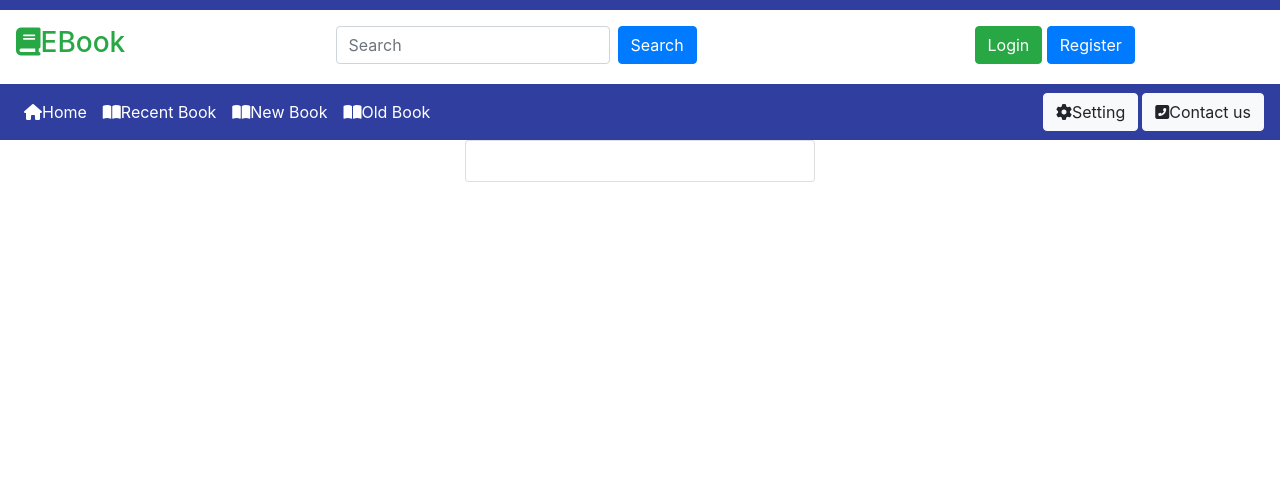
Repository: DaoThanhLam/eProjectKy4
Page: http://localhost/bookma_pro/login.jsp
An editor plug-in stored every save of this project. The page is shown before and after the next save, followed by the edit.
The browser window is 1280 px wide. The pictures show the whole page.
Some web libraries are served in a nearby version. The page is served by Tomcat 9.

Above is the page before, as saved 2024-11-16 07:12:06.

### bookma_pro/src/main/webapp/login.jsp
<%@ page language="java" contentType="text/html; charset=ISO-8859-1"
    pageEncoding="ISO-8859-1"%>
<!DOCTYPE html>
<html>
<head>
<meta charset="ISO-8859-1">
<title>Insert title here</title>
<%@include file="components/css.jsp"%>
</head>
<body>
<%@include file="components/navbar.jsp"%>

<div class="container">
	<div class="row">
		<div class="col-md-4 offset-md-4">
			<div class="card">
				<div class="card-body">
				</div>
			</div>
		</div>
	</div>
</div>


</body>
</html>

### bookma_pro/src/main/webapp/components/css.jsp
<link rel="stylesheet" href="https://cdn.jsdelivr.net/npm/bootstrap@4.3.1/dist/css/bootstrap.min.css" integrity="sha384-ggOyR0iXCbMQv3Xipma34MD+dH/1fQ784/j6cY/iJTQUOhcWr7x9JvoRxT2MZw1T" crossorigin="anonymous">

<script src="https://code.jquery.com/jquery-3.3.1.slim.min.js" integrity="sha384-q8i/X+965DzO0rT7abK41JStQIAqVgRVzpbzo5smXKp4YfRvH+8abtTE1Pi6jizo" crossorigin="anonymous"></script>

<script src="https://cdn.jsdelivr.net/npm/popper.js@1.14.7/dist/umd/popper.min.js" integrity="sha384-UO2eT0CpHqdSJQ6hJty5KVphtPhzWj9WO1clHTMGa3JDZwrnQq4sF86dIHNDz0W1" crossorigin="anonymous"></script>

<script src="https://cdn.jsdelivr.net/npm/bootstrap@4.3.1/dist/js/bootstrap.min.js" integrity="sha384-JjSmVgyd0p3pXB1rRibZUAYoIIy6OrQ6VrjIEaFf/nJGzIxFDsf4x0xIM+B07jRM" crossorigin="anonymous"></script>

<link rel="stylesheet" href="https://cdnjs.cloudflare.com/ajax/libs/font-awesome/6.6.0/css/all.min.css" integrity="sha512-Kc323vGBEqzTmouAECnVceyQqyqdsSiqLQISBL29aUW4U/M7pSPA/gEUZQqv1cwx4OnYxTxve5UMg5GT6L4JJg==" crossorigin="anonymous" referrerpolicy="no-referrer" />

<link rel="stylesheet" href="components/style.css">

### bookma_pro/src/main/webapp/components/navbar.jsp
<div class="container-fluid" style="height: 10px; background-color: #303f9f"></div>

<div class="container-fluid p-3">
	<div class="row" >
		<div class="col-md-3 text-success">
			<h3><i class="fas fa-book"></i>EBook</h3>
		</div>
		<div class="col-md-6">
	  		<form class="form-inline my-2 my-lg-0">
      			<input class="form-control mr-sm-2" type="search" placeholder="Search" aria-label="Search">
      			<button class="btn btn-primary my-2 my-sm-0" type="submit">Search</button>
    		</form>
		</div>

			<div class="col-md-3">
			<a href="login.jsp" class="btn btn-success">Login</a>
			<a href="register.jsp" class="btn btn-primary text-white">Register</a>
			</div>

	</div>
</div>

<nav class="navbar navbar-expand-lg navbar-dark bg-custom">
  <button class="navbar-toggler" type="button" data-toggle="collapse" data-target="#navbarSupportedContent" aria-controls="navbarSupportedContent" aria-expanded="false" aria-label="Toggle navigation">
    <span class="navbar-toggler-icon"></span>
  </button>

  <div class="collapse navbar-collapse" id="navbarSupportedContent">
    <ul class="navbar-nav mr-auto">
      <li class="nav-item active">
        <a class="nav-link" href="#">
        	<i class="fas fa-home"></i>Home <span class="sr-only">(current)</span>
        </a>
      </li>
      <li class="nav-item active">
        <a class="nav-link" href="#"><i class="fas fa-book-open"></i>Recent Book</a>
      </li>
      <li class="nav-item active">
        <a class="nav-link" href="#"><i class="fas fa-book-open"></i>New Book</a>
      </li>

      <li class="nav-item active">
        <a class="nav-link disabled" href="#" tabindex="-1" aria-disabled="true"><i class="fas fa-book-open"></i>Old Book</a>
      </li>
    </ul>
    <form class="form-inline my-2 my-lg-0">
      <button class="btn btn-light my-2 my-sm-0" type="submit"><i class="fas fa-cog"></i>Setting</button>
      <button class="btn btn-light my-2 my-sm-0 ml-1" type="submit"><i class="fas fa-phone-square-alt"></i>Contact us</button>
    </form>
  </div>
</nav>

### bookma_pro/src/main/webapp/components/style.css
.bg-custom{
	background-color: #303f9f;
}
.navbar .nav-item:hover .nav-link{
	background-color: white;
	color:  #303f9f;
	border-radius: 10px;
}

After the next save:
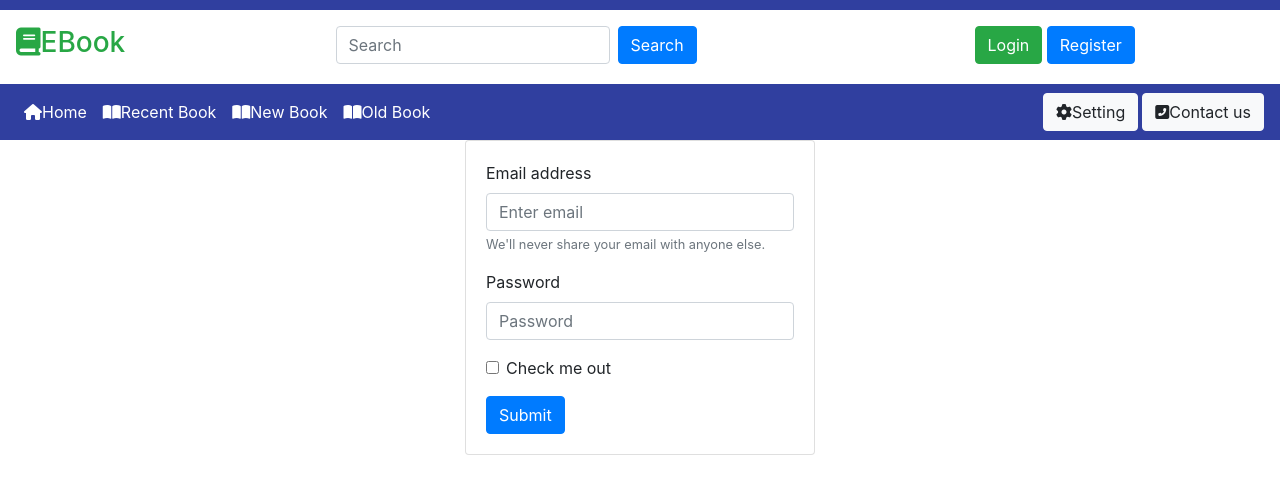
Saved 56 min 33 s later.
--- a/bookma_pro/src/main/webapp/login.jsp
+++ b/bookma_pro/src/main/webapp/login.jsp
@@ -15,6 +15,22 @@
 		<div class="col-md-4 offset-md-4">
 			<div class="card">
 				<div class="card-body">
+					<form>
+  						<div class="form-group">
+    						<label for="exampleInputEmail1">Email address</label>
+    						<input type="email" class="form-control" id="exampleInputEmail1" aria-describedby="emailHelp" placeholder="Enter email">
+    						<small id="emailHelp" class="form-text text-muted">We'll never share your email with anyone else.</small>
+  						</div>
+  						<div class="form-group">
+    						<label for="exampleInputPassword1">Password</label>
+    						<input type="password" class="form-control" id="exampleInputPassword1" placeholder="Password">
+  						</div>
+  						<div class="form-group form-check">
+    						<input type="checkbox" class="form-check-input" id="exampleCheck1">
+    						<label class="form-check-label" for="exampleCheck1">Check me out</label>
+  						</div>
+  						<button type="submit" class="btn btn-primary">Submit</button>
+					</form>
 				</div>
 			</div>
 		</div>
